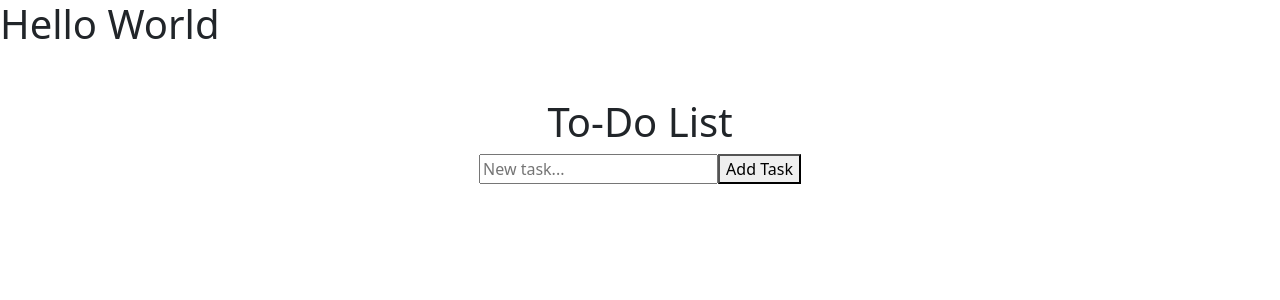
Repository: siva11021992/cvamyapp
Page: /
The author's editor kept a copy of each file at every save. The page is drawn from the files as they stood at one save, then again after the next save.
The browser window is 1280 px wide. The pictures show the whole page.
The project was rebuilt for these pictures with package versions that can differ from the ones it lists, and the page was loaded fresh each time.

Above is the page before, as saved 2024-10-09 15:21:31.

After the next save:
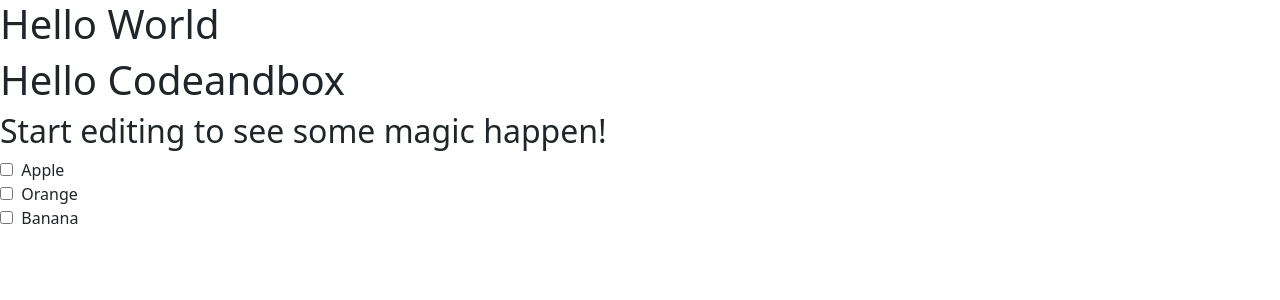
Saved 7 min 16 s later.
--- a/src/App.js
+++ b/src/App.js
@@ -12,9 +12,9 @@ import React from 'react';
 // import Home from './Home';
 // import Contact from './Contact';
 // import About from './About';
-// import CheckBox from './CheckBox';
+import CheckBox from './CheckBox';
 // import Navbar from './NewBar';
-import LocalStore from './LocalStore';
+// import LocalStore from './LocalStore';
 
 function App() {
   return (
@@ -28,9 +28,9 @@ function App() {
      {/* <CrudComponent/> */}
      {/* <Sidebar/>
      <MyForm/> */}
-     {/* <CheckBox/> */}
+     <CheckBox/>
      {/* <Navbar/> */}
-     <LocalStore/>
+     {/* <LocalStore/> */}
     </div>
 
   //   <Router>
